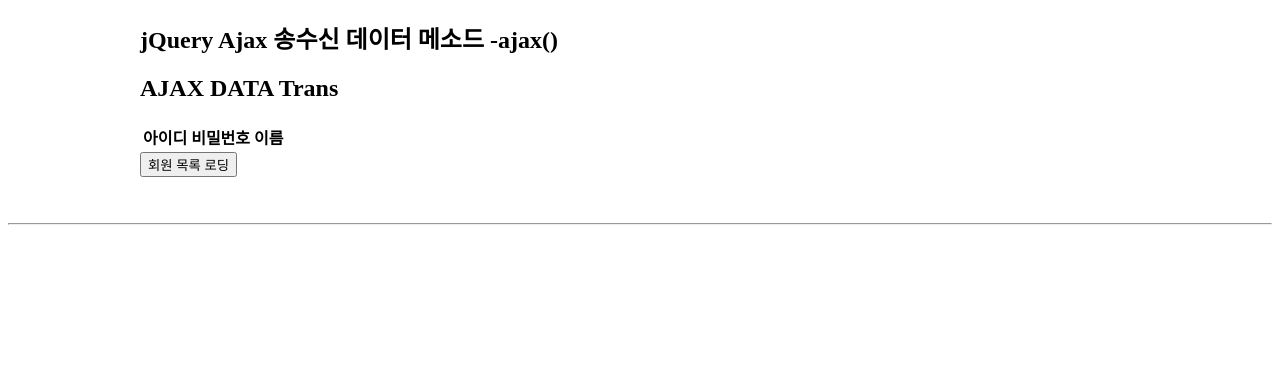
Repository: ujein02/pro06_Mybatis
Page: http://localhost/ajax/test2
An editor plug-in stored every save of this project. The page is shown before and after the next save, followed by the edit.
The browser window is 1280 px wide. The pictures show the whole page.
The page is this project's Thymeleaf template; nobody is signed in. The template is opened directly, without the code that normally fills it, so the values that code supplies are empty.

Above is the page before, as saved 2022-12-21 09:24:51.

After the next save:
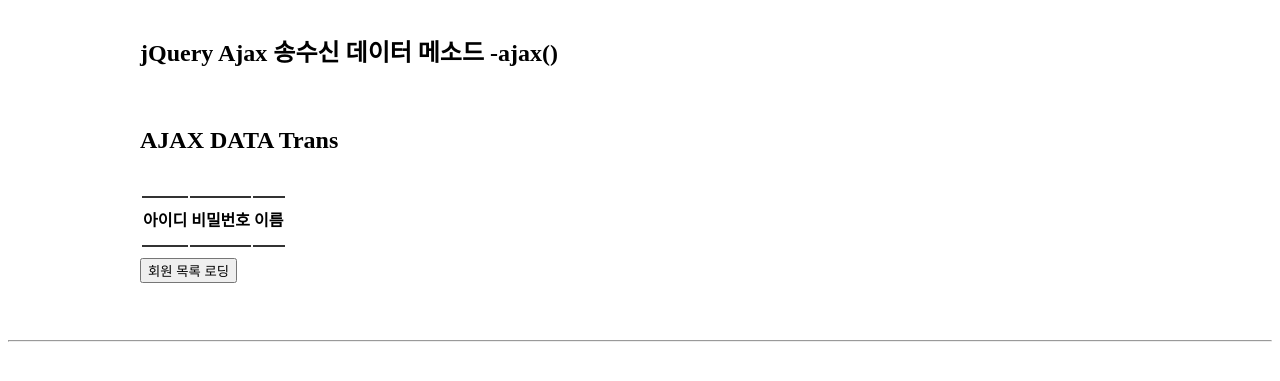
Saved 6 s later.
--- a/myapp/src/main/resources/templates/ajax/test2.html
+++ b/myapp/src/main/resources/templates/ajax/test2.html
@@ -7,9 +7,12 @@
     <title>jQuery 86 : Ajax 데이터 송수신 처리2 - post</title>
     <script src="https://code.jquery.com/jquery-latest.js"></script>
     <style>
-    .container { width:1000px; margin:20px auto; }
-    div { clear:both; }
-    label { display:inline-block; width:100px; }
+    .container { clear:both; width:1000px; margin:20px auto; line-height:2.8; }
+    .container:after { content:""; display:block; clear:both; }
+    .data { clear: both; }
+    .data:after { content:""; display:block; clear:both; }
+    .table th { border-top:2px solid #333; }
+    .table td, .table th { border-bottom:2px solid #333; }
     </style>
 </head>
 <body>
